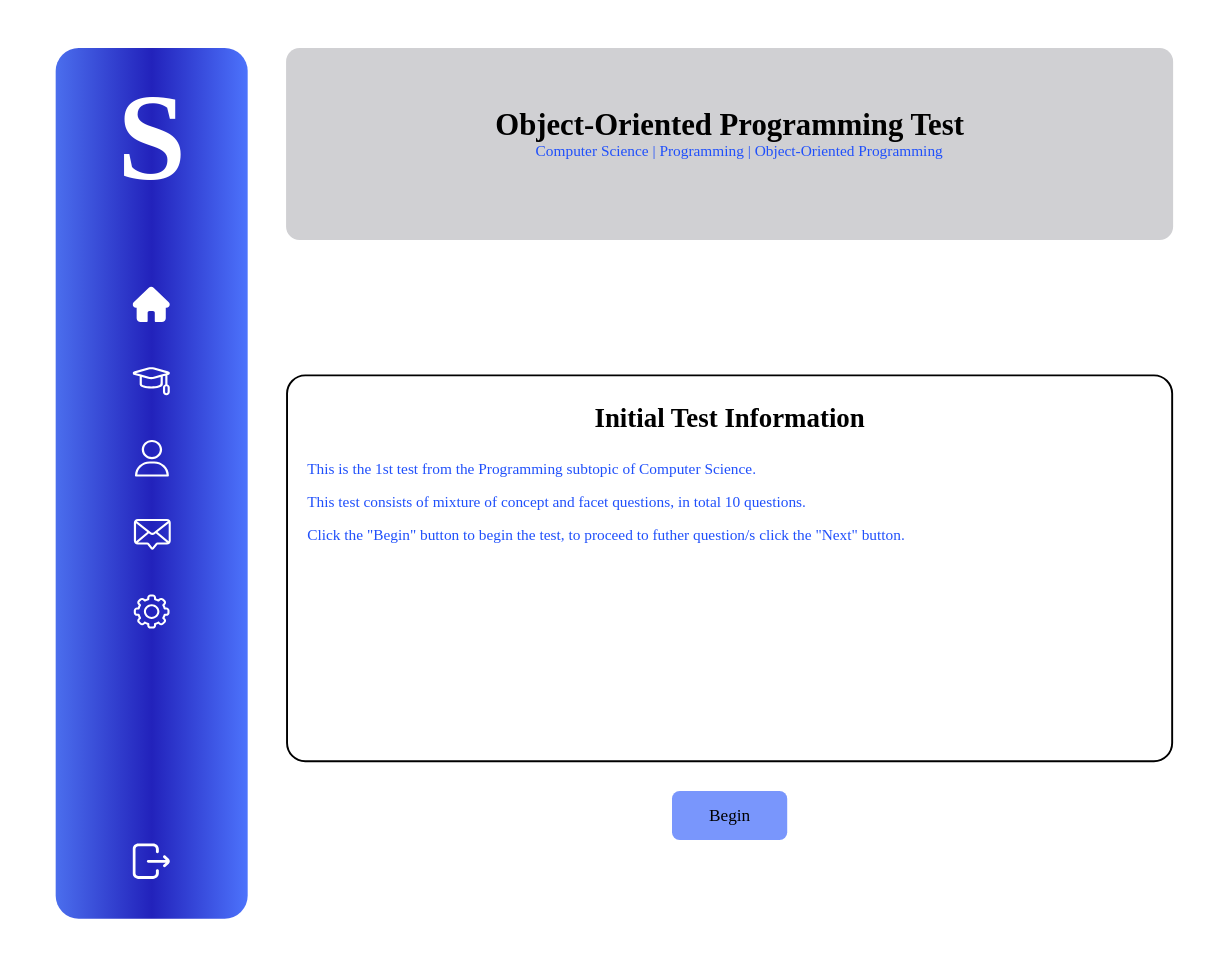
Repository: rafalzacher1/smartify-interface
Page: test.html
These files come from the project's save history. The page is drawn as it stood at one moment and after the next save; the edit follows.
The browser window is 1280 px wide. The pictures show the whole page, at 96% of full size.
Some web fonts or font styles are not loaded; a fallback is used.

Above is the page before, as saved 2022-06-30 23:15:46.

### test.html
<!DOCTYPE html>
<html lang="en">

<head>
    <link rel="stylesheet" href="./styles/home.css">
    <link rel="stylesheet" href="./styles/navigation.css">
    <link rel="stylesheet" href="./styles/search.css">
    <link rel="stylesheet" href="./styles/test.css">
    <link rel="stylesheet" href="./styles/question.css">
    <link rel="stylesheet" href="https://cdnjs.cloudflare.com/ajax/libs/font-awesome/4.7.0/css/font-awesome.min.css">
    <link href='https://fonts.googleapis.com/css?family=Baloo Bhai' rel='stylesheet'>
</head>

<body>
    <div id="main-container">
        <div id="navigation-container">
            <h1>S</h1>

            <nav id="navigation-options">
                <svg width="27" height="25" viewBox="0 0 27 25" fill="none" xmlns="http://www.w3.org/2000/svg"
                    onclick="document.location='./index.html'">
                    <path
                        d="M25.5018 10.9867C25.5012 10.9862 25.5006 10.9856 25.5 10.985L14.8668 0.890976C14.4135 0.460518 13.8109 0.223389 13.17 0.223389C12.529 0.223389 11.9264 0.460329 11.473 0.890787L0.845318 10.9797C0.841738 10.9831 0.838158 10.9867 0.834579 10.9901C-0.0961545 11.8788 -0.0945635 13.3206 0.839153 14.207C1.26574 14.6122 1.82915 14.8469 2.43154 14.8714C2.456 14.8737 2.48066 14.8748 2.50552 14.8748H2.92932V22.3034C2.92932 23.7734 4.1892 24.9694 5.73803 24.9694H9.89809C10.3197 24.9694 10.6618 24.6449 10.6618 24.2444V18.4204C10.6618 17.7496 11.2365 17.204 11.9431 17.204H14.3968C15.1034 17.204 15.6782 17.7496 15.6782 18.4204V24.2444C15.6782 24.6449 16.02 24.9694 16.4419 24.9694H20.6019C22.1508 24.9694 23.4106 23.7734 23.4106 22.3034V14.8748H23.8036C24.4444 14.8748 25.047 14.6379 25.5006 14.2074C26.4353 13.3195 26.4357 11.8752 25.5018 10.9867V10.9867Z"
                        fill="white" />
                </svg>

                <svg width="29" height="22" viewBox="0 0 29 22" fill="none" xmlns="http://www.w3.org/2000/svg">
                    <path
                        d="M26.4228 13.5237V6.40629L26.734 6.31764C27.9305 5.97676 28.1816 5.39965 28.1816 4.97552C28.1816 4.55139 27.9304 3.97428 26.734 3.63356L16.4958 0.717713C15.8653 0.538127 15.0388 0.43924 14.1689 0.43924C13.299 0.43924 12.4726 0.538127 11.8419 0.717713L1.60382 3.63356C0.407257 3.97428 0.156067 4.55139 0.156067 4.97557C0.156067 5.3997 0.407202 5.97686 1.60376 6.31769L5.43281 7.4082V13.2841C5.43281 14.0138 5.93239 15.0416 8.31243 15.7947C9.88887 16.2936 11.9687 16.5683 14.1688 16.5683C16.3689 16.5683 18.4487 16.2936 20.0252 15.7947C22.4053 15.0415 22.9049 14.0138 22.9049 13.2841V7.40825L24.7806 6.87402V13.5237C23.7595 13.8501 23.0217 14.767 23.0217 15.8451V19.1846C23.0217 20.5351 24.179 21.6338 25.6017 21.6338C27.0242 21.6338 28.1816 20.5351 28.1816 19.1846V15.8451C28.1817 14.767 27.4439 13.8501 26.4228 13.5237ZM12.3137 2.21089C12.7886 2.07563 13.4647 1.9981 14.1689 1.9981C14.873 1.9981 15.5492 2.07563 16.024 2.21084L25.7315 4.97557L21.8438 6.08282C21.8416 6.08349 21.8394 6.08406 21.8372 6.08474L16.024 7.74036C15.5493 7.87556 14.8731 7.95309 14.169 7.95309C13.4649 7.95309 12.7886 7.87556 12.3138 7.74036L6.50073 6.08474C6.49849 6.08406 6.4963 6.08349 6.49405 6.08282L2.60639 4.97557L12.3137 2.21089ZM21.2629 11.2372C21.2629 13.3846 20.9647 13.8541 19.506 14.3157C18.0926 14.763 16.1971 15.0093 14.1689 15.0093C12.1406 15.0093 10.2452 14.763 8.83178 14.3157C7.37313 13.8541 7.07493 13.3845 7.07493 13.2841V7.87582L11.842 9.23348C12.4726 9.41307 13.299 9.51196 14.1689 9.51196C15.0388 9.51196 15.8652 9.41307 16.4959 9.23348L21.2629 7.87582V11.2372ZM26.5395 19.1845C26.5395 19.6754 26.1188 20.0748 25.6017 20.0748C25.0846 20.0748 24.6639 19.6755 24.6639 19.1845V15.845C24.6639 15.3541 25.0846 14.9546 25.6017 14.9546C26.1189 14.9546 26.5395 15.3541 26.5395 15.845V19.1845Z"
                        fill="white" />
                </svg>

                <svg width="24" height="26" viewBox="0 0 24 26" fill="none" xmlns="http://www.w3.org/2000/svg">
                    <path
                        d="M12.1698 0.827911C8.37379 0.827911 5.28546 3.75975 5.28546 7.36343C5.28546 10.9671 8.37379 13.899 12.1698 13.899C15.9659 13.899 19.0542 10.9671 19.0542 7.36343C19.0542 3.75975 15.9659 0.827911 12.1698 0.827911ZM12.1698 12.4466C9.21735 12.4466 6.81532 10.1663 6.81532 7.36343C6.81532 4.56057 9.21735 2.28025 12.1698 2.28025C15.1223 2.28025 17.5243 4.56057 17.5243 7.36343C17.5243 10.1663 15.1223 12.4466 12.1698 12.4466Z"
                        fill="white" />
                    <path
                        d="M20.7353 18.1686C18.8505 16.3518 16.3519 15.3513 13.6997 15.3513H10.64C7.98784 15.3513 5.48917 16.3518 3.60439 18.1686C1.72883 19.9765 0.695923 22.3628 0.695923 24.8883C0.695923 25.2894 1.03841 25.6145 1.46085 25.6145H22.8789C23.3013 25.6145 23.6438 25.2894 23.6438 24.8883C23.6438 22.3628 22.6109 19.9765 20.7353 18.1686ZM2.25944 24.1621C2.64267 20.043 6.25497 16.8036 10.64 16.8036H13.6997C18.0848 16.8036 21.6971 20.043 22.0803 24.1621H2.25944Z"
                        fill="white" />
                </svg>


                <svg width="27" height="23" viewBox="0 0 27 23" fill="none" xmlns="http://www.w3.org/2000/svg">
                    <path
                        d="M24.1913 0.381134H3.77551C2.23533 0.381134 0.9823 1.57067 0.9823 3.0328V15.7608C0.9823 17.223 2.23533 18.4125 3.77551 18.4125H10.353C10.4332 18.4125 10.5096 18.4491 10.5573 18.5105L12.957 21.5991C13.1975 21.9087 13.5678 22.0872 13.9729 22.089H13.979C14.3819 22.089 14.7514 21.9139 14.9937 21.608L17.4479 18.5087C17.4956 18.4484 17.5715 18.4124 17.6509 18.4124H24.1913C25.7315 18.4124 26.9845 17.2229 26.9845 15.7608V3.03276C26.9845 1.57063 25.7315 0.381134 24.1913 0.381134ZM25.4609 15.7608C25.4609 15.8747 25.4439 15.9848 25.4127 16.0892L17.5863 9.57636L25.4609 3.37251V15.7608ZM24.1913 1.8275C24.4235 1.8275 24.6413 1.88728 24.8287 1.99108L14.7964 9.8948C14.3265 10.265 13.6446 10.265 13.1747 9.8948L3.14064 1.98969C3.32753 1.88675 3.54433 1.8275 3.77551 1.8275H24.1913ZM2.55416 16.0892C2.52293 15.9848 2.50587 15.8747 2.50587 15.7608V3.36913L10.3826 9.57457L2.55416 16.0892ZM16.2301 17.6396L13.9808 20.4801L11.7834 17.6519C11.4498 17.2225 10.915 16.9661 10.3529 16.9661H3.81172L11.5698 10.5099L12.2017 11.0078C12.7186 11.415 13.3519 11.6185 13.9855 11.6185C14.6189 11.6185 15.2525 11.4148 15.7693 11.0078L16.399 10.5117L24.155 16.9661H17.6509C17.0952 16.9661 16.5641 17.2178 16.2301 17.6396Z"
                        fill="white" />
                </svg>

                <svg width="28" height="25" viewBox="0 0 28 25" fill="none" xmlns="http://www.w3.org/2000/svg">
                    <path
                        d="M14.8013 24.9227H13.1654C11.8422 24.9227 10.7657 23.9008 10.7657 22.6447V22.1193C10.2032 21.9486 9.65665 21.7333 9.13159 21.4753L8.73937 21.8477C7.7894 22.7506 6.2677 22.7241 5.34533 21.8473L4.18907 20.7497C3.26507 19.8735 3.23849 18.4294 4.18937 17.5277L4.58129 17.1556C4.30958 16.6571 4.08276 16.1384 3.90299 15.6043H3.34958C2.02648 15.6043 0.949951 14.5823 0.949951 13.3262V11.7731C0.949951 10.517 2.02648 9.4951 3.34963 9.4951H3.90304C4.08281 8.96103 4.30963 8.44223 4.58134 7.94378L4.18912 7.57148C3.2388 6.67028 3.26502 5.22602 4.18942 4.34942L5.34579 3.2517C6.2703 2.37283 7.79164 2.35089 8.73978 3.25199L9.13165 3.624C9.6567 3.3661 10.2032 3.15073 10.7658 2.98007V2.4547C10.7658 1.1986 11.8422 0.176666 13.1654 0.176666H14.8014C16.1245 0.176666 17.201 1.1986 17.201 2.4547V2.98012C17.7636 3.15073 18.3101 3.3661 18.8351 3.62405L19.2274 3.2517C20.1773 2.34876 21.699 2.37525 22.6214 3.25204L23.7777 4.34966C24.7017 5.22587 24.7283 6.66999 23.7774 7.57172L23.3854 7.94378C23.6572 8.44223 23.884 8.96098 24.0637 9.4951H24.6172C25.9403 9.4951 27.0168 10.517 27.0168 11.7731V13.3262C27.0168 14.5823 25.9403 15.6043 24.6172 15.6043H24.0637C23.884 16.1383 23.6572 16.6571 23.3854 17.1556L23.7777 17.5279C24.728 18.4291 24.7018 19.8734 23.7774 20.75L22.621 21.8477C21.6965 22.7266 20.1751 22.7485 19.227 21.8474L18.8351 21.4754C18.3101 21.7333 17.7636 21.9487 17.201 22.1193V22.6448C17.201 23.9008 16.1245 24.9227 14.8013 24.9227V24.9227ZM9.38692 19.9527C10.1163 20.3622 10.9014 20.6716 11.7203 20.8722C12.0575 20.9548 12.2931 21.2436 12.2931 21.5742V22.6447C12.2931 23.1013 12.6845 23.4727 13.1654 23.4727H14.8014C15.2824 23.4727 15.6737 23.1013 15.6737 22.6447V21.5742C15.6737 21.2436 15.9093 20.9548 16.2466 20.8722C17.0655 20.6716 17.8505 20.3622 18.5799 19.9527C18.8801 19.7842 19.2621 19.8301 19.5087 20.0641L20.3074 20.8224C20.6518 21.1497 21.2048 21.1421 21.5407 20.8227L22.6978 19.7243C23.0329 19.4066 23.0441 18.8815 22.6981 18.5535L21.899 17.7949C21.6525 17.5609 21.6042 17.1981 21.7817 16.9133C22.213 16.2208 22.5389 15.4756 22.7502 14.6981C22.8373 14.378 23.1414 14.1544 23.4897 14.1544H24.6172C25.0982 14.1544 25.4895 13.7829 25.4895 13.3263V11.7732C25.4895 11.3166 25.0982 10.9451 24.6172 10.9451H23.4897C23.1414 10.9451 22.8373 10.7214 22.7502 10.4013C22.5389 9.6239 22.213 8.87862 21.7817 8.18622C21.6042 7.90135 21.6525 7.53857 21.899 7.30454L22.6978 6.54626C23.0431 6.21886 23.0341 5.69397 22.6981 5.37541L21.5411 4.27707C21.2058 3.95827 20.6527 3.94894 20.3078 4.27678L19.5088 5.03535C19.2622 5.26942 18.88 5.31524 18.58 5.14675C17.8506 4.73724 17.0655 4.42786 16.2466 4.22724C15.9094 4.14464 15.6738 3.8559 15.6738 3.52526V2.4547C15.6738 1.99811 15.2824 1.62663 14.8014 1.62663H13.1655C12.6845 1.62663 12.2932 1.99811 12.2932 2.4547V3.52516C12.2932 3.8558 12.0576 4.14454 11.7203 4.22714C10.9014 4.42777 10.1164 4.73714 9.38697 5.14666C9.08679 5.3151 8.7047 5.26928 8.45818 5.03525L7.65948 4.27697C7.31511 3.94966 6.76205 3.95725 6.42619 4.27663L5.26911 5.37503C4.93401 5.69276 4.92281 6.21779 5.26881 6.54587L6.06787 7.30445C6.31438 7.53847 6.36265 7.90125 6.18522 8.18612C5.75385 8.87852 5.42801 9.62381 5.21667 10.4012C5.12961 10.7214 4.82547 10.945 4.47723 10.945H3.34963C2.86867 10.9451 2.47731 11.3165 2.47731 11.7731V13.3262C2.47731 13.7828 2.86867 14.1543 3.34963 14.1543H4.47718C4.82547 14.1543 5.12956 14.378 5.21662 14.6981C5.42796 15.4755 5.75385 16.2208 6.18517 16.9132C6.3626 17.1981 6.31433 17.5609 6.06782 17.7949L5.26906 18.5532C4.92378 18.8806 4.93279 19.4055 5.26876 19.724L6.42573 20.8224C6.76109 21.1412 7.31419 21.1505 7.65907 20.8226L8.45808 20.0641C8.63974 19.8917 9.01765 19.7454 9.38692 19.9527V19.9527Z"
                        fill="white" />
                    <path
                        d="M13.9834 17.9339C10.856 17.9339 8.31177 15.5185 8.31177 12.5497C8.31177 9.58082 10.856 7.16547 13.9834 7.16547C17.1107 7.16547 19.6549 9.58082 19.6549 12.5497C19.6549 15.5185 17.1107 17.9339 13.9834 17.9339ZM13.9834 8.61543C11.6982 8.61543 9.83912 10.3803 9.83912 12.5497C9.83912 14.719 11.6982 16.4839 13.9834 16.4839C16.2685 16.4839 18.1276 14.719 18.1276 12.5497C18.1276 10.3803 16.2685 8.61543 13.9834 8.61543Z"
                        fill="white" />
                </svg>


                <svg id="logout" width="27" height="26" viewBox="0 0 27 26" fill="none"
                    xmlns="http://www.w3.org/2000/svg">
                    <path
                        d="M18.5379 19.6672V21.6084C18.5379 23.7492 16.7034 25.4907 14.4484 25.4907H4.1734C1.91837 25.4907 0.0838623 23.7492 0.0838623 21.6084V4.52618C0.0838623 2.38541 1.91837 0.64386 4.1734 0.64386H14.4484C16.7034 0.64386 18.5379 2.38541 18.5379 4.52618V6.46734C18.5379 7.00343 18.0802 7.43792 17.5155 7.43792C16.9508 7.43792 16.4932 7.00343 16.4932 6.46734V4.52618C16.4932 3.45589 15.5758 2.58502 14.4484 2.58502H4.1734C3.04598 2.58502 2.12863 3.45589 2.12863 4.52618V21.6084C2.12863 22.6787 3.04598 23.5495 4.1734 23.5495H14.4484C15.5758 23.5495 16.4932 22.6787 16.4932 21.6084V19.6672C16.4932 19.1311 16.9508 18.6966 17.5155 18.6966C18.0802 18.6966 18.5379 19.1311 18.5379 19.6672ZM25.5083 11.4L23.2189 9.22667C22.8196 8.84753 22.1722 8.84753 21.773 9.22667C21.3736 9.60561 21.3736 10.2202 21.773 10.5991L23.4014 12.1452H11.1256C10.5609 12.1452 10.1032 12.5797 10.1032 13.1158C10.1032 13.6519 10.5609 14.0864 11.1256 14.0864H23.4014L21.773 15.6325C21.3736 16.0114 21.3736 16.626 21.773 17.005C21.9727 17.1945 22.2343 17.2893 22.4959 17.2893C22.7577 17.2893 23.0192 17.1945 23.2189 17.005L25.5083 14.8316C26.5049 13.8854 26.5049 12.3462 25.5083 11.4Z"
                        fill="white" />
                </svg>
            </nav>
        </div>

        <div id="test-container">
            <div id="test-container-header">
                <h1>Object-Oriented Programming Test</h1>
                <p>Computer Science | Programming | Object-Oriented Programming</p>
            </div>
        </div>

        <div id="question-container">
            <!-- <template class="initial"> -->
                <div id="initial">
                    <h3>Initial Test Information</h3>
                    <p>
                        This is the 1st test from the Programming subtopic of Computer Science.
                    </p>
                    <p>
                        This test consists of mixture of concept and facet questions, in total 10 questions.
                    </p>
                    <p>
                        Click the "Begin" button to begin the test, to proceed to futher question/s click the "Next" button.
                    </p>
                </div>
            <!-- </template> -->

            <div id="questions" style="display: none">
                <div id="progress">
                    <progress id="progress-bar" value="0" max="100"></progress>
                </div>

                <div id="question">
                    <h3>What is an object?</h3>

                    <textarea name="question" type="text"></textarea>
                </div>

                <div id="next-question">
                    <button id="next-button" class="question-option"
                        onclick="nextQuestion()">Next</button>
                </div>

                <div id="complete-test" style="display: none;">
                    <button id="complete-button" class="question-option"
                        onclick="completeTest()">Results</button>
                </div>
            </div>

            <div id="progress-container">
                <button id="begin-button" class="question-option"
                    onclick="beginTest()">Begin</button>
            </div>
        </div>
    </div>

    <script>
        function beginTest() {
            document.getElementById("initial").style.display = "none";
            document.getElementById("progress-container").style.display = "none";

            document.getElementById("questions").style.display = "block";
        }

        function nextQuestion() {
            var progressValue = document.getElementById("progress-bar").value;

            if (progressValue == 100) {

            }

            document.getElementById("progress-bar").value += 20;
        }
    </script>
</body>

</html>

<!-- Answer -->
<!--
    An object is a single instance of a class; it is created by invoking the constructors of the class. Class exists in source temporal scope and objects exist in run-time temporal scope.
 -->
<!-- https://www.grin.com/document/423537 -->

### styles/home.css
#main-container {
    display: grid;
    grid-template-columns: 2fr 8fr 4fr;
    grid-template-rows: 200px 200px 200px;
    gap: 40px;
    margin: 50px;
}

### styles/navigation.css
#navigation-container {
  font-family: "Baloo Bhai";
  font-size: 26px;
  background: rgb(32, 80, 251);
  background: linear-gradient(
    90deg,
    rgba(30, 74, 233, 0.8) 0%,
    rgba(10, 10, 180, 0.9) 50%,
    rgba(32, 80, 251, 0.8) 100%
  );
  border-radius: 24px;
  width: 200px;
  height: 100%;
  text-align: center;
  display: inline-block;
  grid-column: 1;
  grid-row: 1 / 5;
}

#navigation-container h1 {
  font-family: "Baloo Bhai";
  font-size: 128px;
  color: #ffffff;
  margin: 0;
  padding-top: 20px;
  padding-bottom: 60px;
}

#navigation-options svg {
  margin-left: auto;
  margin-right: auto;
  display: block;
  padding: 20px;
  height: 40px;
  width: 40px;
}

#navigation-options svg:hover {
  opacity: 0.4;
  cursor: pointer;
}

#logout {
  margin-top: 180px;
  margin-bottom: 20px;
}

### styles/search.css
#search-container {
  grid-column: 3;
  grid-row: 1;
}

#search-container h2 {
  font-family: "Baloo Bhai";
  font-size: 16px;
}

form.example input[type="text"] {
  padding: 10px;
  font-size: 17px;
  border: 1px solid grey;
  float: left;
  width: 70%;
  background: #f1f1f1;
  border-radius: 15px 0 0 15px;
  font-family: "Baloo Bhai";
  font-size: 32px;
}

form.example button {
  float: left;
  width: 20%;
  padding: 10px;
  background: #2050fb;
  opacity: 0.6;
  color: white;
  font-size: 17px;
  border: 1px solid grey;
  border-left: none;
  cursor: pointer;
  border-radius: 0 15px 15px 0;
  font-family: "Baloo Bhai";
  font-size: 32px;
  box-sizing: border-box;
}

form.example button:hover {
  opacity: 1;
}

form.example::after {
  content: "";
  clear: both;
  display: table;
}

### styles/test.css
#test-container {
  grid-column: 2 / 4;
  grid-row: 1;
  background-color: #d0d0d3;
  border-radius: 14px;
}

#test-container h1 {
  font-family: "Baloo Bhai";
  font-size: 32px;
  margin-bottom: 0;
}

#test-container p {
  color: #2050fb;
  font-family: "Baloo Bhai";
  font-size: 16px;
  margin-top: 0;
  padding-left: 20px;
}

#test-container-header {
  text-align: center;
  margin-top: 62px;
  margin-bottom: 62px;
}

### styles/question.css
#question-container {
  grid-column: 2 / 4;
  grid-row: 2 / 5;
}

#progress {
  width: 80%;
  margin-left: auto;
  margin-right: auto;
}

.question-option,
input[type="submit"],
input[type="reset"] {
  background: none;
  color: inherit;
  border: none;
  padding: 0;
  font: inherit;
  cursor: pointer;
  outline: inherit;
  width: 30%;
  font-family: "Baloo Bhai";
  font-size: 18px;
}

#initial,
#question {
    margin-top: 100px;
    height: 400px;
    border: 2px solid #000000;
    border-radius: 20px;
}

#initial h3,
#question h3 {
    text-align: center;
    font-family: "Baloo Bhai";
    font-size: 28px;
}

#initial p {
    color: #2050fb;
    font-family: "Baloo Bhai";
    font-size: 16px;
    margin-top: 0;
    padding-left: 20px;
  }

#question textarea {
    margin: 0 60px 0 60px;
    padding: 10px;
    width: 80%;
    height: 200px;
    font-family: "Baloo Bhai";
    font-size: 16px;
}

#progress-container,
#next-question,
#complete-test {
    text-align: center;
}

#begin-button,
#next-button {
  width: 120px;
  margin: 30px 20px;
  border-radius: 8px;
  padding: 15px;
  background-color: rgba(32, 80, 251, 0.6);
}

#begin-button:hover,
#next-button:hover {
  background-color: rgba(32, 80, 251, 1);
}

#progress-bar {
  width: 100%;
  height: 50px;
}

After the next save:
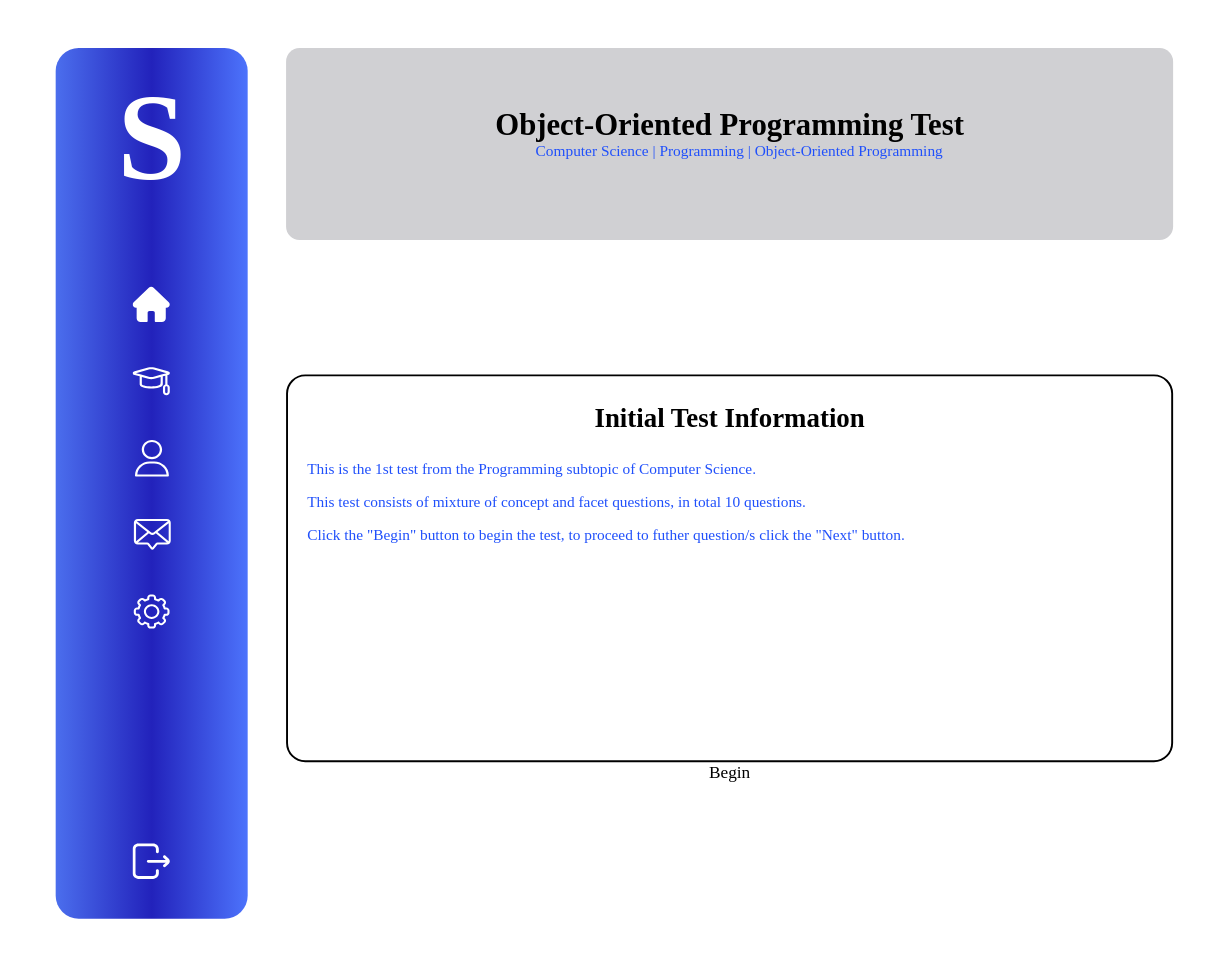
Saved 4 s later.
--- a/styles/question.css
+++ b/styles/question.css
@@ -63,7 +63,8 @@ input[type="reset"] {
 }
 
 #begin-button,
-#next-button {
+#next-button,
+ {
   width: 120px;
   margin: 30px 20px;
   border-radius: 8px;

After the save that followed:
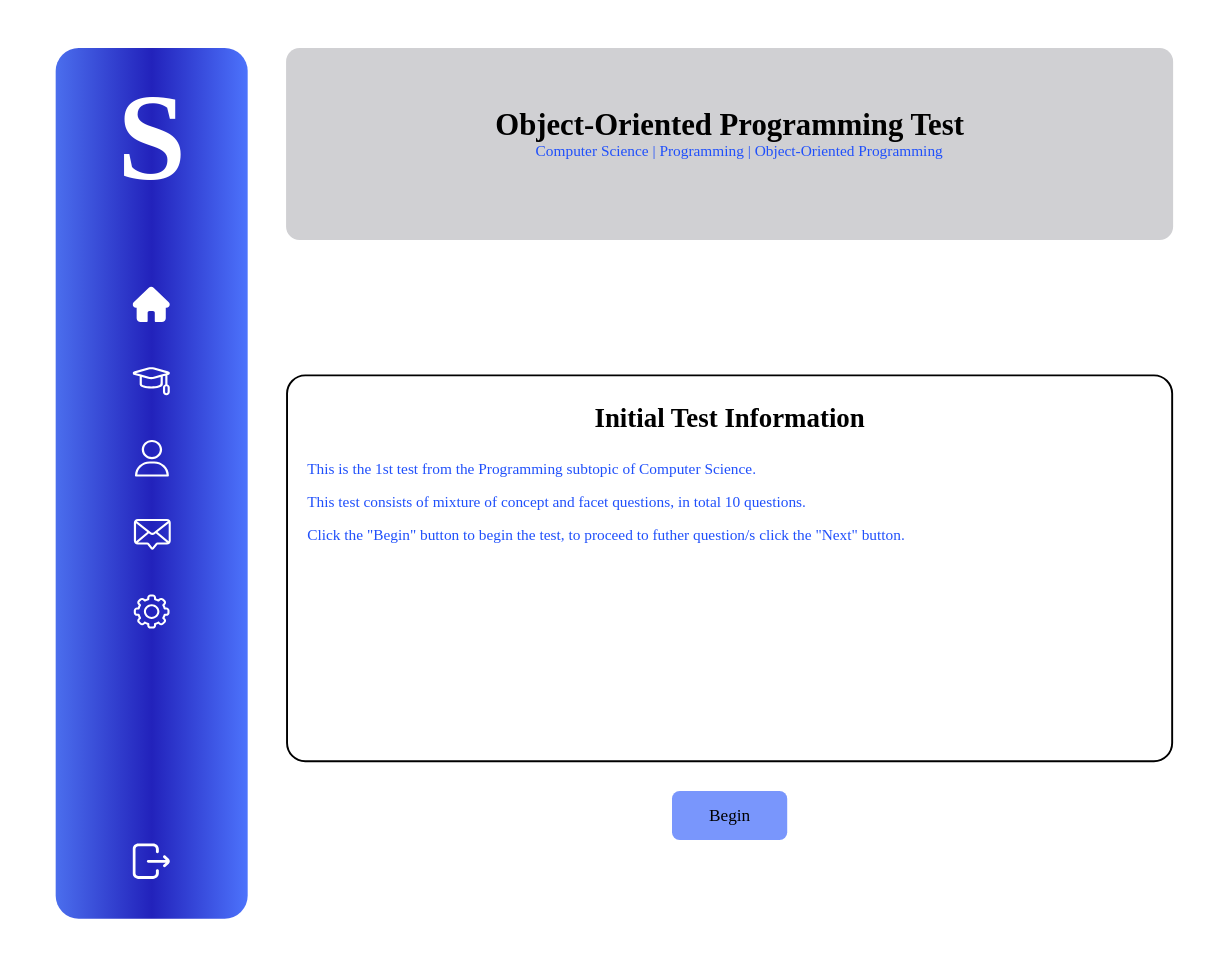
Saved 10 s later.
--- a/styles/question.css
+++ b/styles/question.css
@@ -64,7 +64,7 @@ input[type="reset"] {
 
 #begin-button,
 #next-button,
- {
+#complete-button {
   width: 120px;
   margin: 30px 20px;
   border-radius: 8px;
